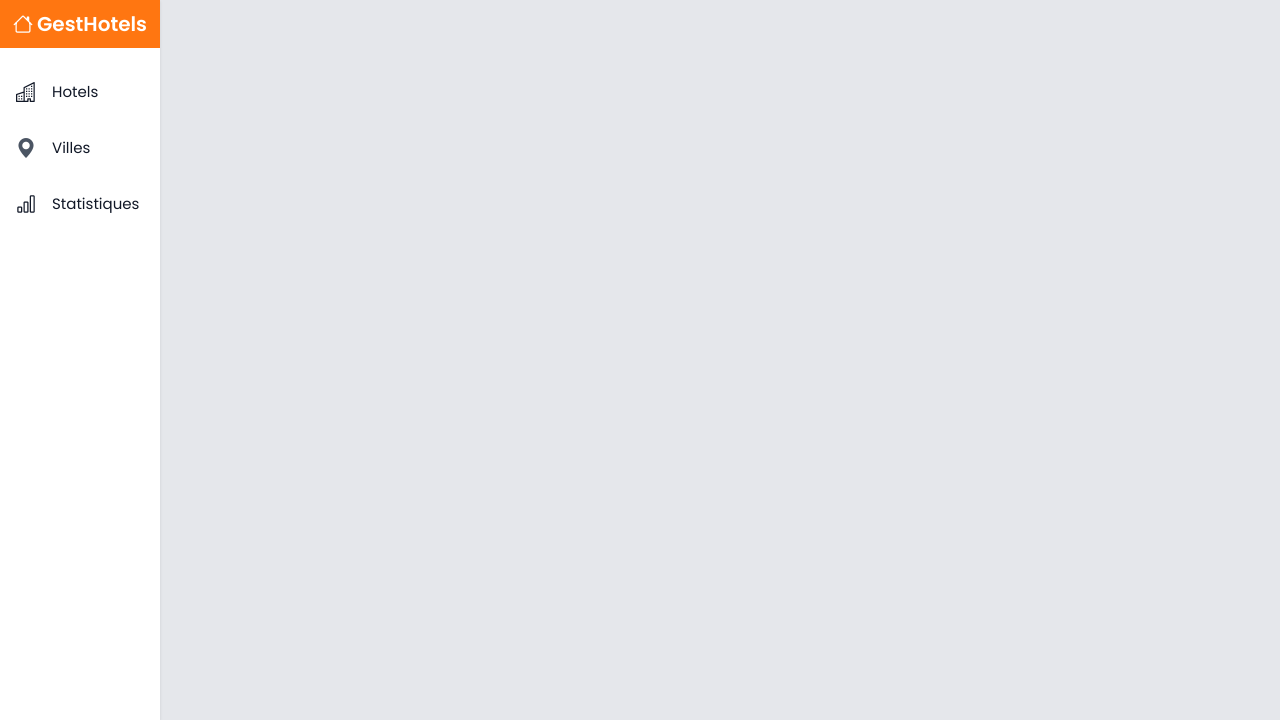
Repository: yahyamourid/GestHotelsEJB
Page: http://localhost/ISICEJBWeb/sidBar.jsp
These files come from the project's save history. The page is drawn as it stood at one moment and after the next save; the edit follows.
The browser window is 1280 px wide. The pictures show the whole page.
Some web libraries are served in a nearby version. The page is served by Tomcat 10. Nobody is signed in. The application's start-up code is not run.

Above is the page before, as saved 2023-12-01 16:03:25.
Console error: TypeError: Cannot read properties of null (reading 'classList')

After the next save:
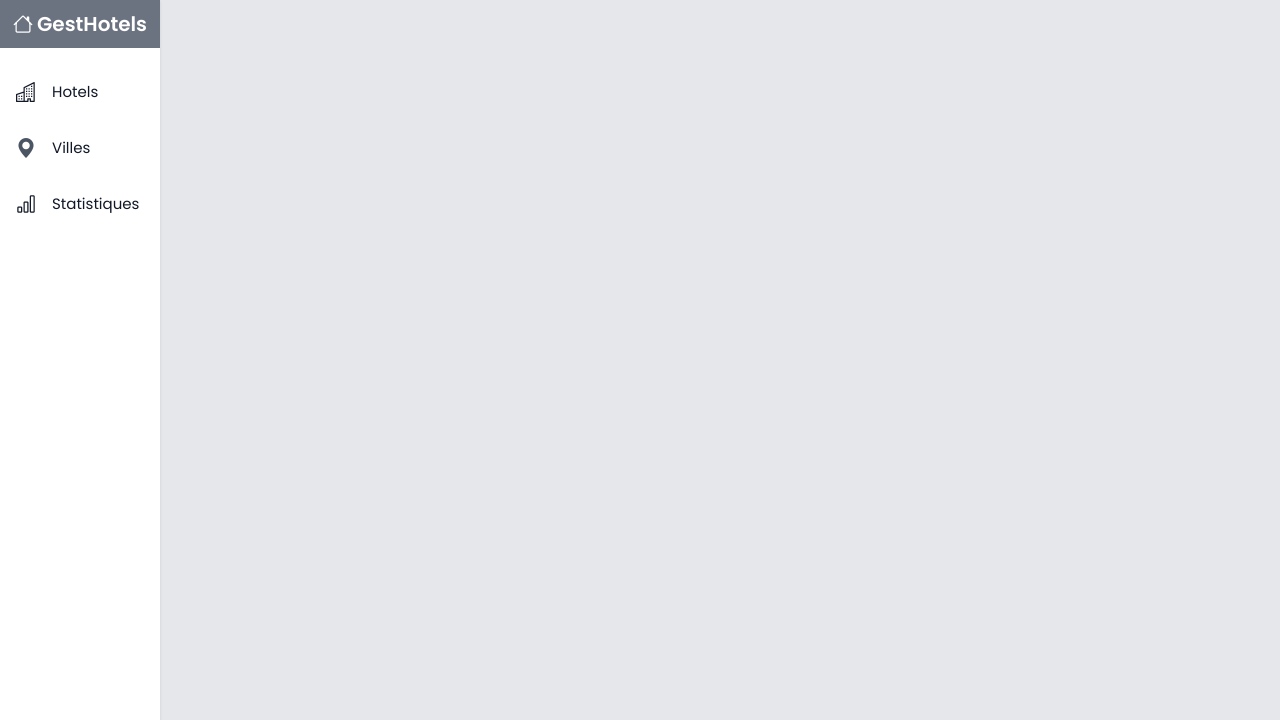
Saved 29 s later.
--- a/ISICEJBWeb/src/main/webapp/sidBar.jsp
+++ b/ISICEJBWeb/src/main/webapp/sidBar.jsp
@@ -38,7 +38,7 @@
 
 
             <div class=" text-xl">
-                <div class="p-2.5  flex justify-center items-center  mb-5 bg-[#FF7611] ">
+                <div class="p-2.5  flex justify-center items-center  mb-5 bg-gray-500 ">
                     <i class="bi bi-house text-white"></i>
                     <h1 class="ml-1 text-xl text-white font-semibold">GestHotels</h1>
                 </div>
